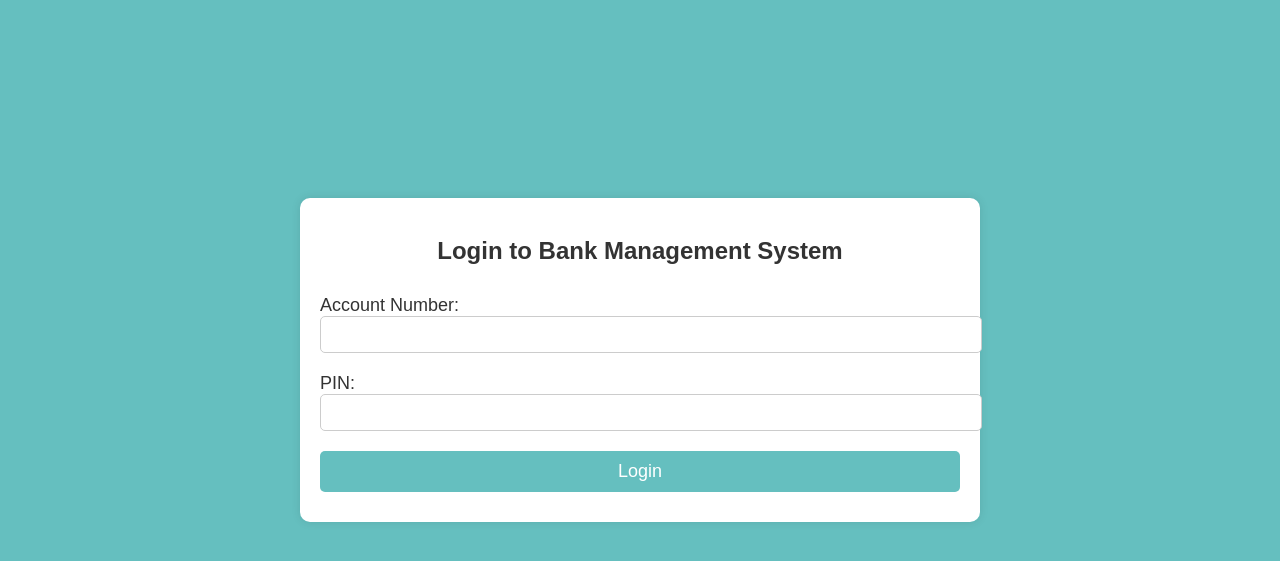
Repository: gauravraj08/bankingSystemJspServlet
Page: http://localhost/BankMangementSystem/login.jsp
These files come from the project's save history. The page is drawn as it stood at one moment and after the next save; the edit follows.
The browser window is 1280 px wide. The pictures show the whole page.
The page is served by Tomcat 9. Other server files are loaded and not shown.

Above is the page before, as saved 2024-04-19 06:10:10.

### BankMangementSystem/src/main/webapp/login.jsp
<%@ page language="java" contentType="text/html; charset=UTF-8" pageEncoding="UTF-8"%>
<!DOCTYPE html>
<html lang="en">
<head>
    <meta charset="UTF-8">
    <meta name="viewport" content="width=device-width, initial-scale=1.0">
    <title>Login - Bank Management System</title>
    <style>
        body {
            background-color: #65BFBF;
            font-family: Arial, sans-serif;
            display: flex;
            justify-content: center;
            align-items: center;
            height: 100vh;
            margin: 0;
        }

        .container {
            width: 50%;
            padding: 20px;
            background-color: #fff;
            border-radius: 10px;
            box-shadow: 0 0 10px rgba(0, 0, 0, 0.1);
        }

        h2 {
            text-align: center;
            margin-bottom: 30px;
            color: #333;
        }

        label {
            font-size: 18px;
            color: #333;
        }

        input[type="text"], input[type="password"] {
            width: 100%;
            padding: 10px;
            margin-bottom: 20px;
            border: 1px solid #ccc;
            border-radius: 5px;
        }

        input[type="submit"] {
            width: 100%;
            padding: 10px;
            border: none;
            border-radius: 5px;
            background-color: #65BFBF;
            color: #fff;
            font-size: 18px;
            cursor: pointer;
        }

        input[type="submit"]:hover {
            background-color: #4D9F9F;
        }

        .error-message {
            color: red;
            margin-bottom: 10px;
        }
    </style>
</head>
<body>
    <div class="container">
        <h2>Login to Bank Management System</h2>
        <form action="LoginServlet" method="post">
            <label for="accountNo">Account Number:</label>
            <input type="text" id="accountNo" name="accountNo" required>
            <label for="pin">PIN:</label>
            <input type="password" id="pin" name="pin" required>
            <input type="submit" value="Login">
            <div class="error-message">
                <%-- Display error message here if needed --%>
            </div>
        </form>
    </div>
</body>
</html>

After the next save:
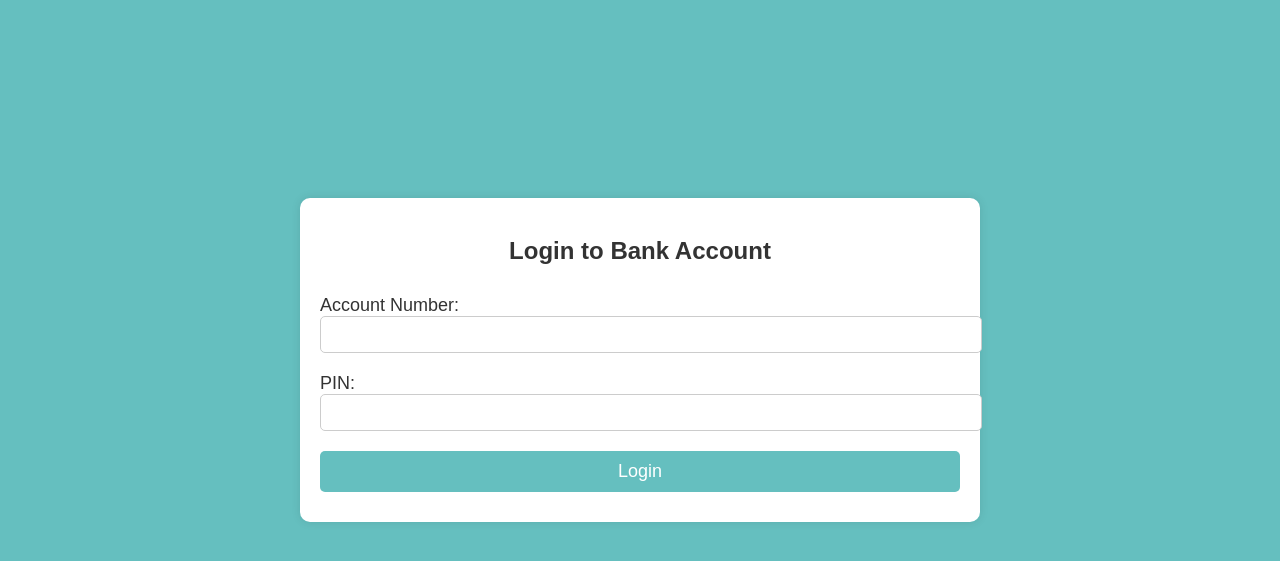
Saved 57 s later.
--- a/BankMangementSystem/src/main/webapp/login.jsp
+++ b/BankMangementSystem/src/main/webapp/login.jsp
@@ -66,7 +66,7 @@
 </head>
 <body>
     <div class="container">
-        <h2>Login to Bank Management System</h2>
+        <h2>Login to Bank Account</h2>
         <form action="LoginServlet" method="post">
             <label for="accountNo">Account Number:</label>
             <input type="text" id="accountNo" name="accountNo" required>
